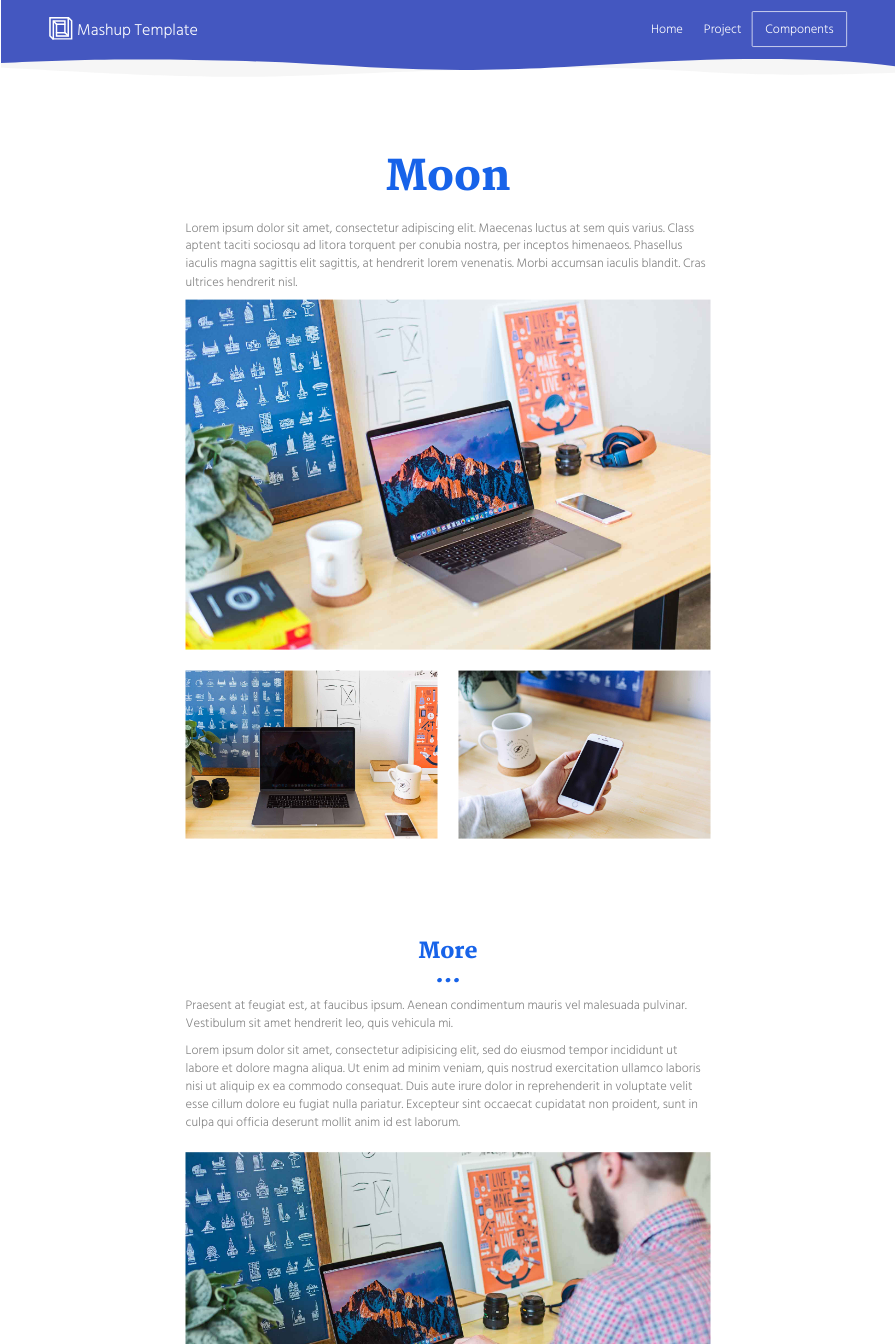
Repository: KevinBach02/KevinBach02.github.io
Page: Portfolio.html
The author's editor kept a record of every edit. The page is drawn from the files as they stood at one moment, then again after the next edit.
The browser window is 1280 px wide. The pictures show the part of the page from y = 0 to 1920 px (the page is 2753 px tall before and 2741 px after), at 70% of full size.

Above is the page before.

After the next edit:
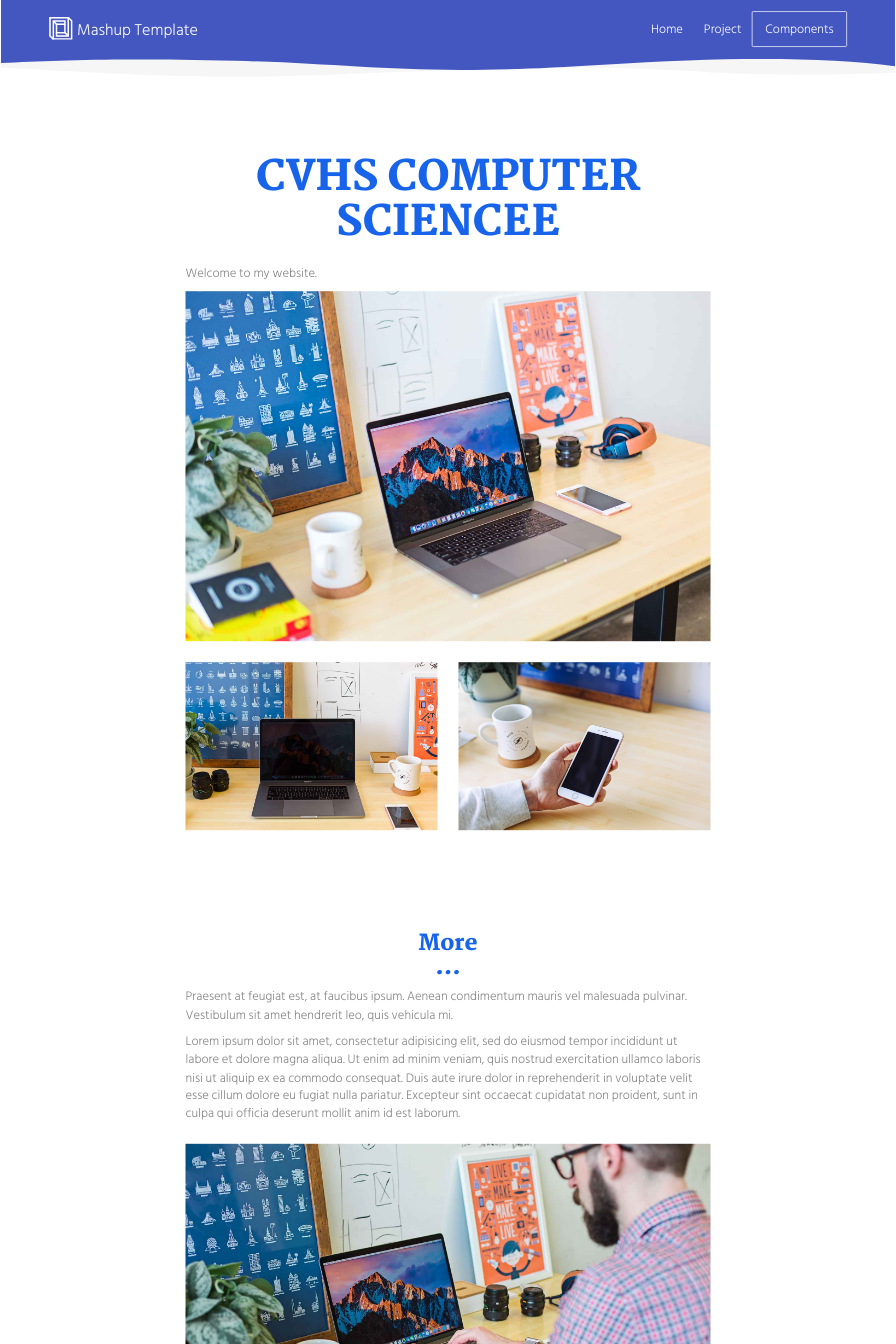
The edit:
--- a/Portfolio.html
+++ b/Portfolio.html
@@ -60,9 +60,8 @@
     <div class="container">
       <div class="row">
         <div class="col-xs-12 col-md-8 col-md-offset-2">
-          <h1 class="text-center">Moon</h1>
-          <p>Lorem ipsum dolor sit amet, consectetur adipiscing elit. Maecenas luctus at sem quis varius.
-          Class aptent taciti sociosqu ad litora torquent per conubia nostra, per inceptos himenaeos. Phasellus iaculis magna sagittis elit sagittis, at hendrerit lorem venenatis. Morbi accumsan iaculis blandit. Cras ultrices hendrerit nisl.</p>
+          <h1 class="text-center">CVHS COMPUTER SCIENCEE</h1>
+          <p>Welcome to my website.</p>
 
           <div class="section-container-spacer">
             <img src="./assets/images/img-06.jpg" alt="" class="img-responsive reveal-content" data-action="zoom">
